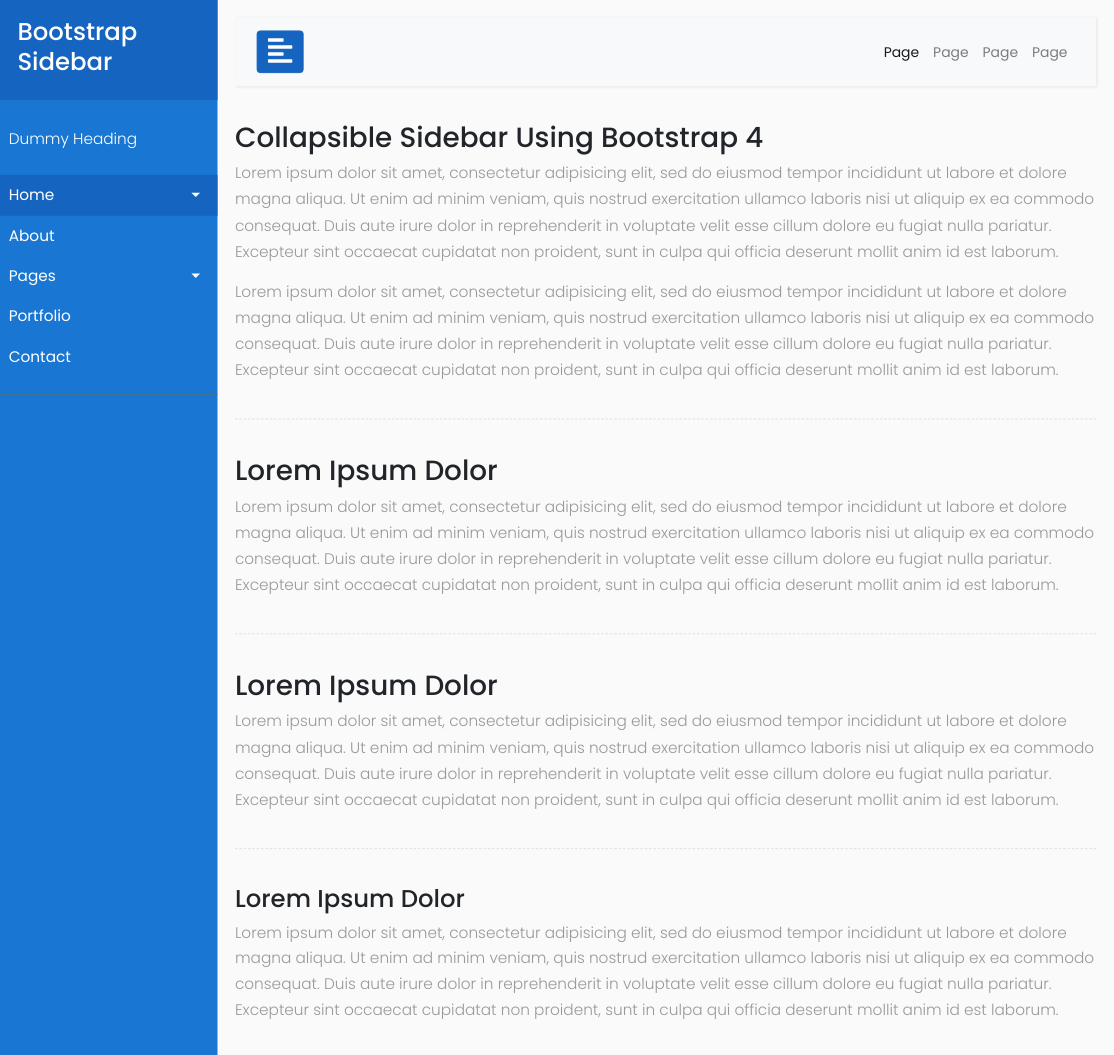
Repository: thiagosfideles/aprendendo-git
Page: http://localhost/
The author's editor kept a record of every edit. The page is drawn from the files as they stood at one moment, then again after the next edit.
The browser window is 1280 px wide. The pictures show the whole page, at 87% of full size.
Some web libraries are served in a nearby version. The page is run by PHP 8.4 with error messages shown; the project is at /var/www/html/.

Above is the page before.

After the next edit:
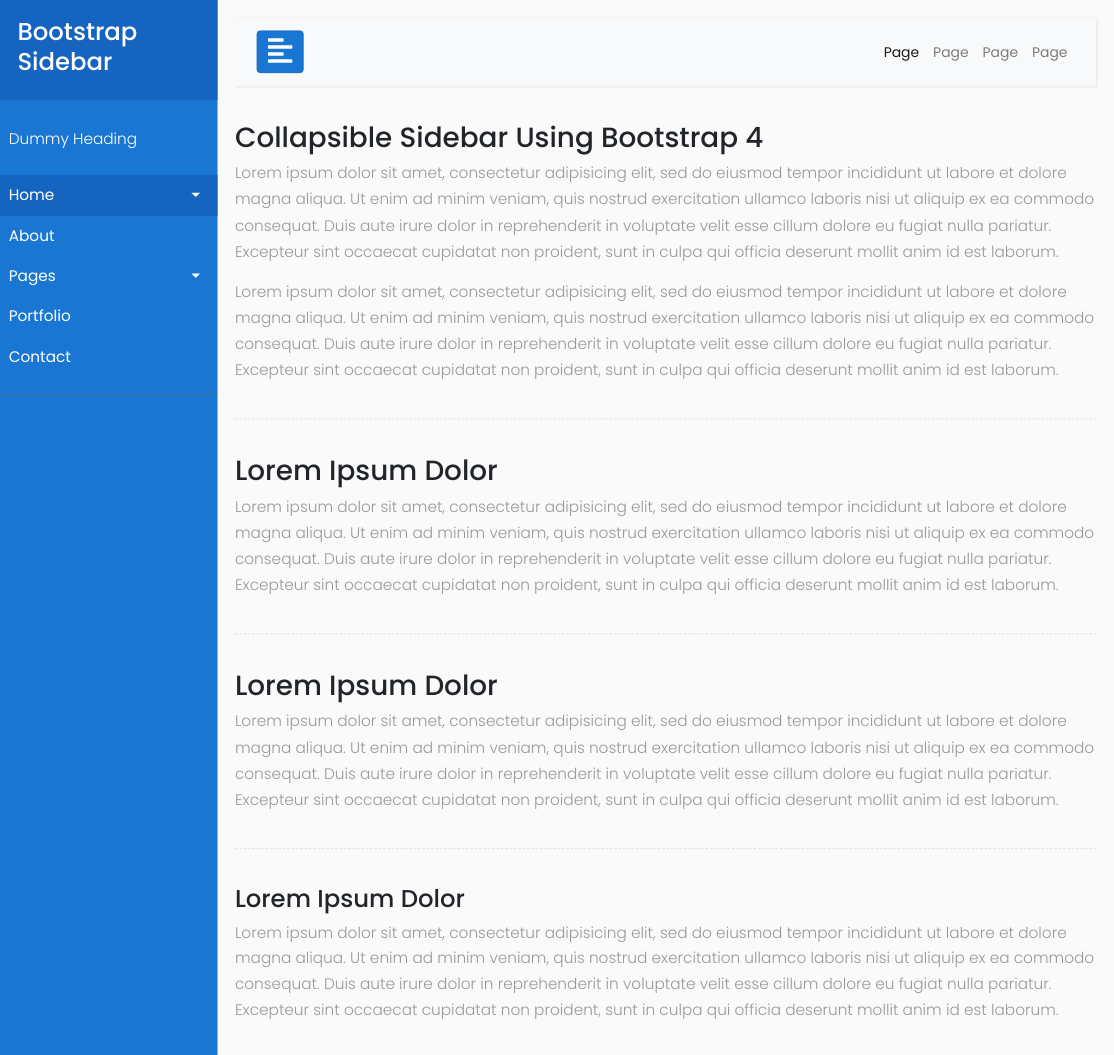
The edit:
--- a/css/style.css
+++ b/css/style.css
@@ -169,7 +169,7 @@
 ----------------------------------------------------- */
 
 .btn-info {
-  background-color: #1565c0;
+  background-color: #1976d2;
   border-color: #1565c0;
 }
 
